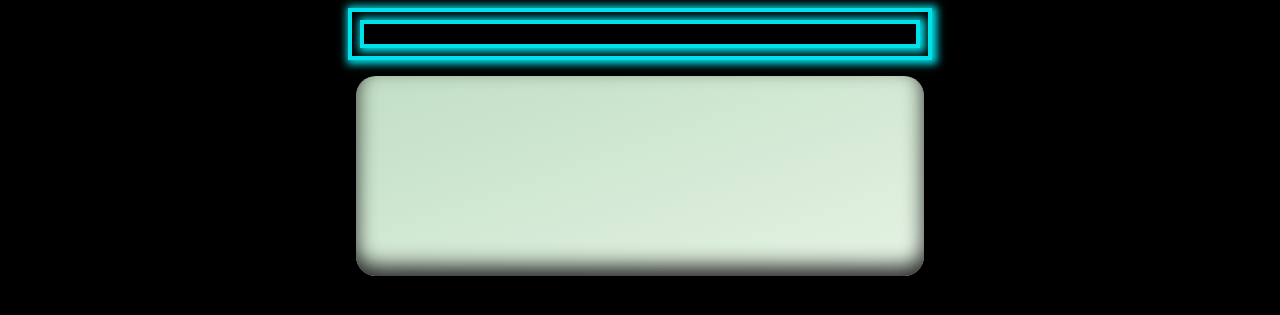
Repository: KhangNguyen3006/WebUI-UX
Page: /
These files come from the project's save history. The page is drawn as it stood at one moment and after the next save; the edit follows.
The browser window is 1280 px wide. The pictures show the whole page.
The project was rebuilt for these pictures with package versions that can differ from the ones it lists, and the page was loaded fresh each time. Also part of the build but not shown: src/App.css.

Above is the page before, as saved 2023-05-04 02:25:13.

### src/index.js
import React from 'react';
import ReactDOM from 'react-dom';
import './index.css';
import App from './App';
import reportWebVitals from './reportWebVitals';
import 'bootstrap/dist/css/bootstrap.min.css';
import './assets/css/Custom.css';

const root = ReactDOM.createRoot(document.getElementById('root'));
root.render(
  <React.StrictMode>
    <App />
  </React.StrictMode>
);

// If you want to start measuring performance in your app, pass a function
// to log results (for example: reportWebVitals(console.log))
// or send to an analytics endpoint. Learn more: https://bit.ly/CRA-vitals
reportWebVitals();

### src/App.js

import './App.css';
import HomePage from './pages/HomePage';

function App() {
  return (
    <div>
      <HomePage />
    </div>
  );
}

export default App

### src/assets/css/Custom.css
@import url(Home.css);

body {
    margin: auto;
    padding: auto;
    background-color: #000;
}

* {
    box-sizing: border-box;
    width: auto;
    margin: auto;
    padding: 0;
}

### src/pages/HomePage.jsx
import React, { Component } from 'react'
import Home from '../components/home/Home'


class HomePage extends Component {
  render() {
    return (
      <div>
        <Home />
      </div>
    )
  }
}

export default HomePage

### src/assets/css/Home.css
.rectangle {
    border: 4px solid #00E2EA;
    padding: 7px;
    box-shadow: 2px 1px 8px 3px #00E2EA;
}

.rectangle-mini {
    border: 4px solid #00E2EA;
    padding: 10px;
    box-shadow: 2px 1px 8px 3px #00E2EA;
}

/* --------------------------------------------------------------------------- */

.rectangle-linear-gradient {
    height: 200px;
    border-radius: 20px;
    box-shadow: 0px -10px 20px rgba(41, 41, 41, 1) inset;
    background-image: linear-gradient(to bottom right, #C1DFC4, #E5F3E4);
}

/* --------------------------------------------------------------------------- */

.pentagon-main {
    position: relative;
    display: flex;
    flex-direction: column;
    width: 344px;
    max-height: 290px;
    margin: 0 20px 130px;
}

.pentagon-main::before,
.pentagon-main::after {
    content: '';
}

.pentagon-main::before,
.pentagon-main::after {
    position: absolute;
    min-width: 100%;
    min-height: 120%;
    clip-path: polygon(50% 0%, 100% 40%, 82% 100%, 18% 100%, 0% 40%);
    z-index: 1;
}

.pentagon-main::before {
    background: #00E2EA;
    transform: scale(1.065);
}

.pentagon-main::after {
    background: #000;
    /* background-image: linear-gradient(to bottom, rgba(255, 0, 0, 0), rgba(0, 226, 234, 0.1), rgba(0, 226, 234, 0.9)); */
}

.w-1200 {
    width: 1200px;
}

### src/components/home/Home.jsx
import React, { Component } from 'react'
import { Col } from 'react-bootstrap'

class Home extends Component {
    render() {
        return (
            <div className='w-1200'>
                <Col sm={6}>
                    <div className="rectangle p-2 m-2">
                        <div className="rectangle-mini">
                        </div>
                    </div>
                </Col>
                <Col sm={6}>
                    <div className="rectangle-linear-gradient p-2 m-3">
                    </div>
                </Col>

                <Col sm={6}>
                    <div className="pentagon-main">
                        <div></div>
                    </div>
                </Col>

            </div>
        )
    }
}

export default Home

Loaded but not shown: public/index.html (common file); src/index.css (common file); src/reportWebVitals.js (common file)

After the next save:
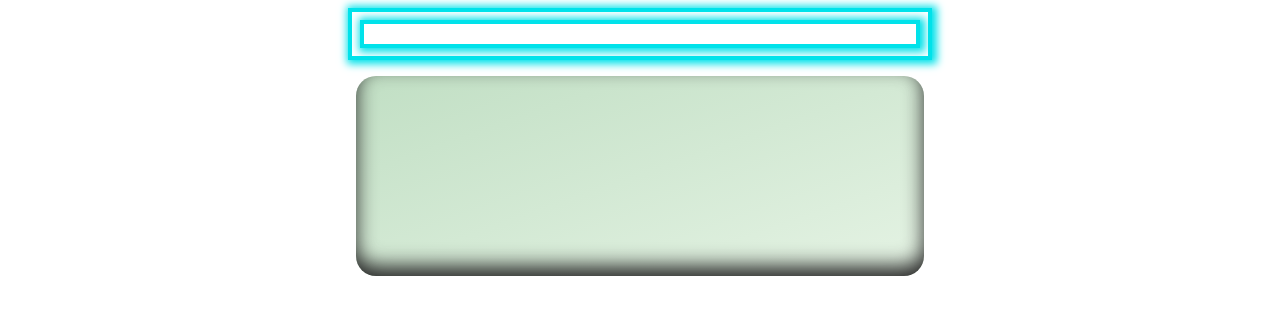
Saved 27 s later.
--- a/src/assets/css/Custom.css
+++ b/src/assets/css/Custom.css
@@ -3,7 +3,7 @@
 body {
     margin: auto;
     padding: auto;
-    background-color: #000;
+    background-color: #fff;
 }
 
 * {

After the save that followed:
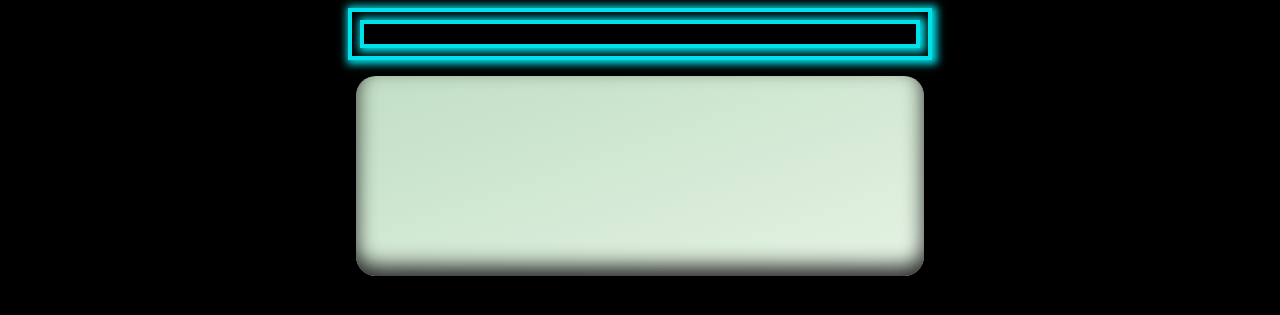
Saved 16 s later.
--- a/src/assets/css/Custom.css
+++ b/src/assets/css/Custom.css
@@ -3,7 +3,7 @@
 body {
     margin: auto;
     padding: auto;
-    background-color: #fff;
+    background-color: #000;
 }
 
 * {
